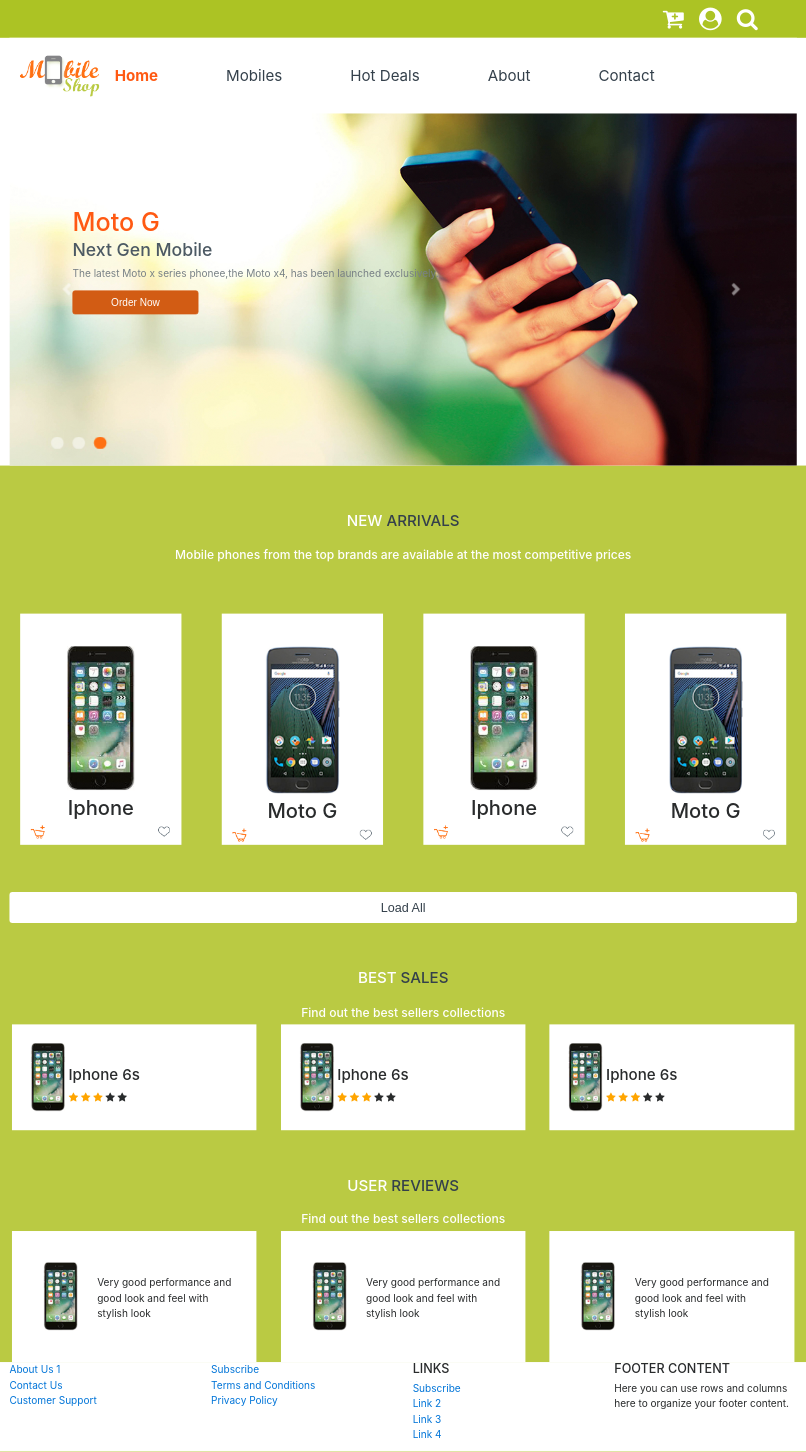
Repository: rajmohanr/mobile
Page: index.html
An editor plug-in stored every save of this project. The page is shown before and after the next save, followed by the edit.
The browser window is 1280 px wide. The pictures show the whole page, at 63% of full size.

Above is the page before, as saved 2018-04-08 22:05:01.
Console error (its wording comes from the project's code and is left out).

After the next save:
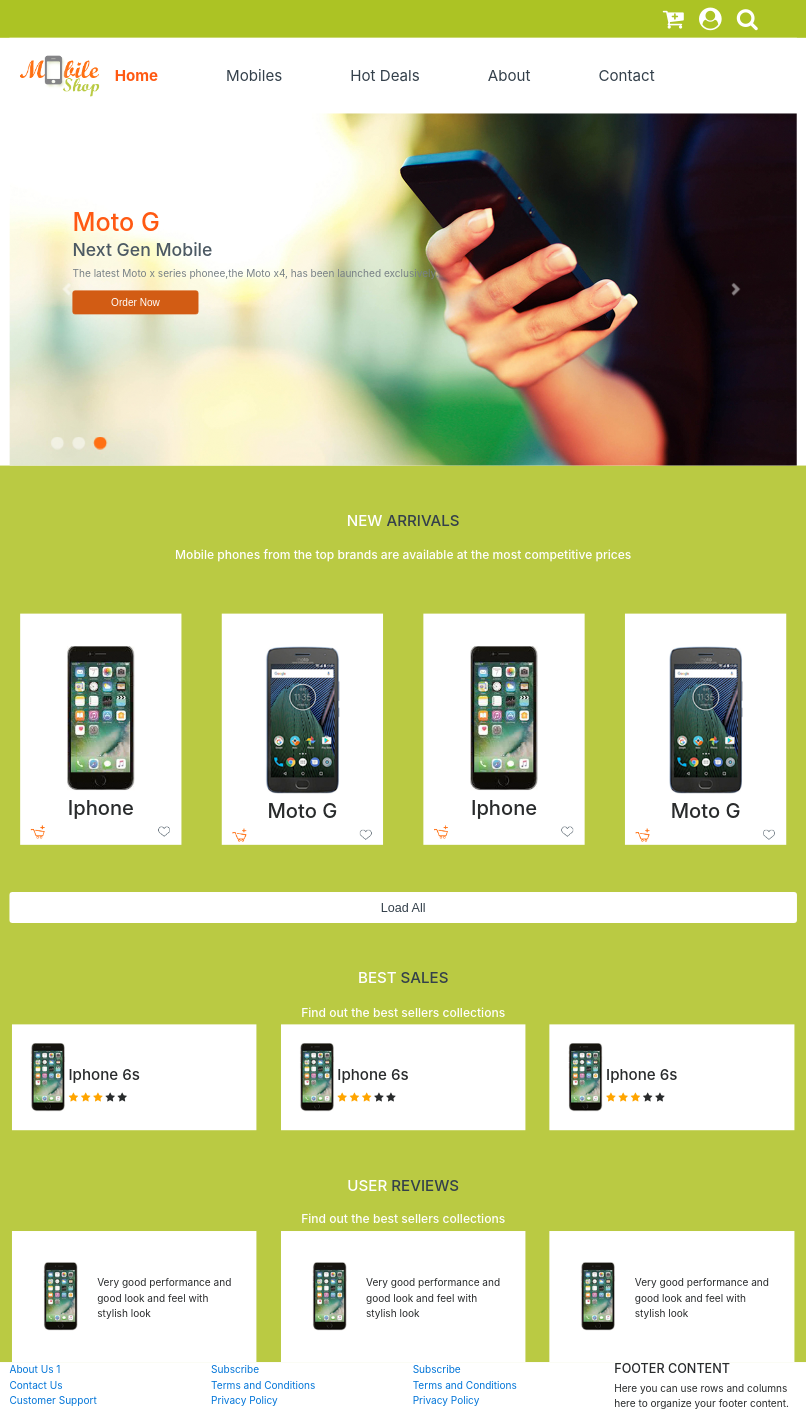
Saved 28 s later.
--- a/index.html
+++ b/index.html
@@ -343,21 +343,17 @@
 
 				<!--Second column-->
 				<div class="col-md-3">
-						<h5 class="text-uppercase">Links</h5>
 						<ul class="list-unstyled">
-							<li>
-								<a href="#!">Subscribe</a>
-							</li>
-							<li>
-								<a href="#!">Link 2</a>
-							</li>
-							<li>
-								<a href="#!">Link 3</a>
-							</li>
-							<li>
-								<a href="#!">Link 4</a>
-							</li>
-						</ul>
+								<li>
+									<a href="#!">Subscribe</a>
+								</li>
+								<li>
+									<a href="#!">Terms and Conditions</a>
+								</li>
+								<li>
+									<a href="#!">Privacy Policy</a>
+								</li>
+							</ul>
 					</div>
 					<!--/.Second column-->
 
